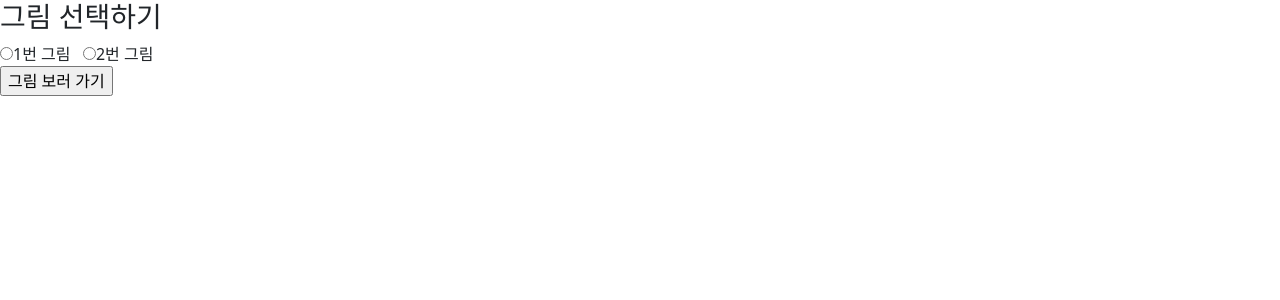
Repository: limbbbyoung/JSP_practice
Page: http://localhost/JSPbasic/jspobject/request/req_photo.jsp
The author's editor kept a copy of each file at every save. The page is drawn from the files as they stood at one save, then again after the next save.
The browser window is 1280 px wide. The pictures show the whole page.
The page is served by Tomcat 9.

Above is the page before, as saved 2022-03-25 12:39:07.

### JSPbasic/src/main/webapp/jspobject/request/req_photo.jsp
<%@ page language="java" contentType="text/html; charset=UTF-8"
    pageEncoding="UTF-8"%>
<!DOCTYPE html>
<html>
<head>
<link href="https://cdn.jsdelivr.net/npm/bootstrap@5.1.3/dist/css/bootstrap.min.css" rel="stylesheet" integrity="sha384-1BmE4kWBq78iYhFldvKuhfTAU6auU8tT94WrHftjDbrCEXSU1oBoqyl2QvZ6jIW3" crossorigin="anonymous">
<meta charset="UTF-8">
<title>Insert title here</title>
</head>
<body>
    <%-- 아래에 폼을 만들어주세요.
    목적지는 함께 만든 req_photo_result.jsp
    테이블을 이용해 사진 제목, 체크박스를 만들어주세요.
    그리고 아래에 제출 버튼은 "그림 보러 가기"로 적어주시고
    해당 버튼을 눌렀을때 req_photo_result에 어떤 그림을 선택했는지
    체크박스로 구분해주시고, 구분한 그림에 맞는 사진이 결과페이지에 나오도록
    if~else문을 구성해주세요.
    그림파일은 <img src="그림파일명">을 이용해 출력가능합니다. --%>
     <form action="http://localhost:8181/JSPbasic/jspobject/request/req_photo_result.jsp" method="post">
     <h3>그림 선택하기</h3>
     <input type="radio" name="photo" value="1번그림">1번 그림 &nbsp;
     <input type="radio" name="photo" value="2번그림">2번 그림 &nbsp;<br/>
     <input type="submit" value="그림 보러 가기">
     </form>
</body>
</html>

After the next save:
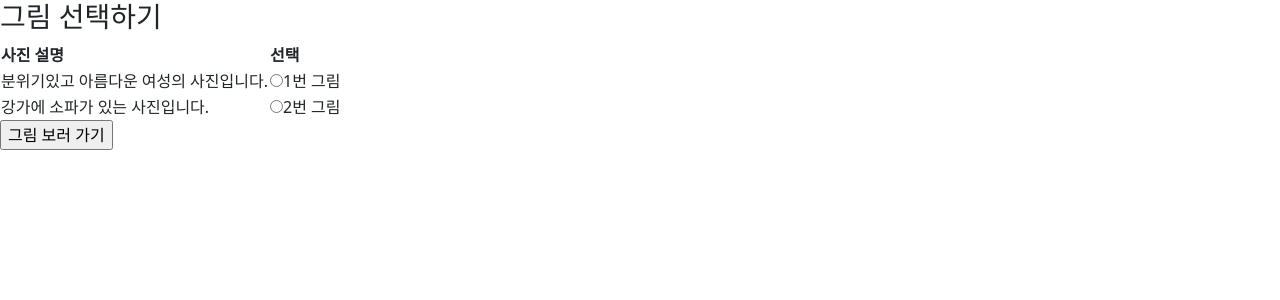
Saved 2 min 13 s later.
--- a/JSPbasic/src/main/webapp/jspobject/request/req_photo.jsp
+++ b/JSPbasic/src/main/webapp/jspobject/request/req_photo.jsp
@@ -18,9 +18,21 @@
     그림파일은 <img src="그림파일명">을 이용해 출력가능합니다. --%>
      <form action="http://localhost:8181/JSPbasic/jspobject/request/req_photo_result.jsp" method="post">
      <h3>그림 선택하기</h3>
-     <input type="radio" name="photo" value="1번그림">1번 그림 &nbsp;
-     <input type="radio" name="photo" value="2번그림">2번 그림 &nbsp;<br/>
-     <input type="submit" value="그림 보러 가기">
-     </form>
+      <table>
+       <tr>
+         <th>사진 설명</th>
+         <th>선택</th>
+       </tr>
+       <tr>
+         <td>분위기있고 아름다운 여성의 사진입니다.</td>
+         <td><input type="radio" name="photo" value="1번그림">1번 그림 &nbsp;</td>
+       </tr>
+       <tr>
+         <td>강가에 소파가 있는 사진입니다.</td>
+         <td><input type="radio" name="photo" value="2번그림">2번 그림 &nbsp;</td>
+       </tr>
+    </table>
+    <input type="submit" value="그림 보러 가기">
+    </form>
 </body>
 </html>
